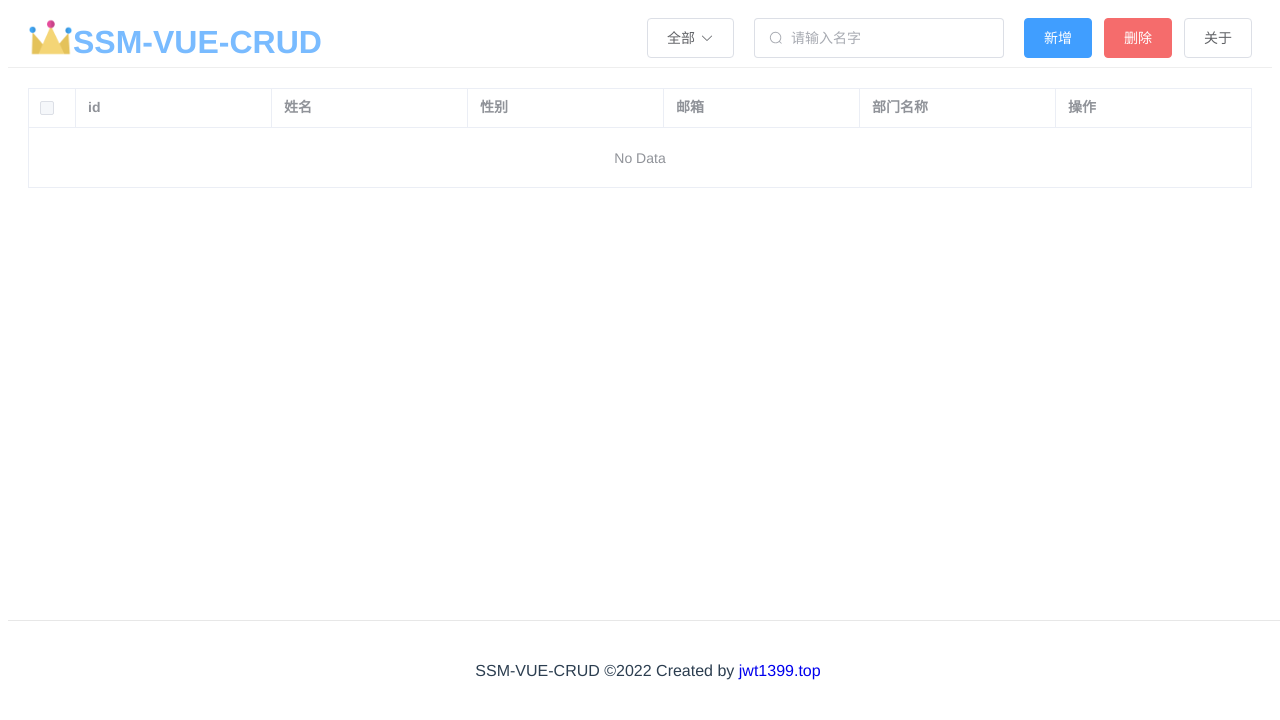
Repository: jwt1399/ssm-vue-crud
Page: / (app in ssm-crud-front/)
An editor plug-in stored every save of this project. The page is shown before and after the next save, followed by the edit.
The browser window is 1280 px wide. The pictures show the whole page.
The project was rebuilt for these pictures with package versions that can differ from the ones it lists, and the page was loaded fresh each time. Also part of the build but not shown: ssm-crud-front/vue.config.js.

Above is the page before, as saved 2022-06-09 12:57:54.

After the next save:
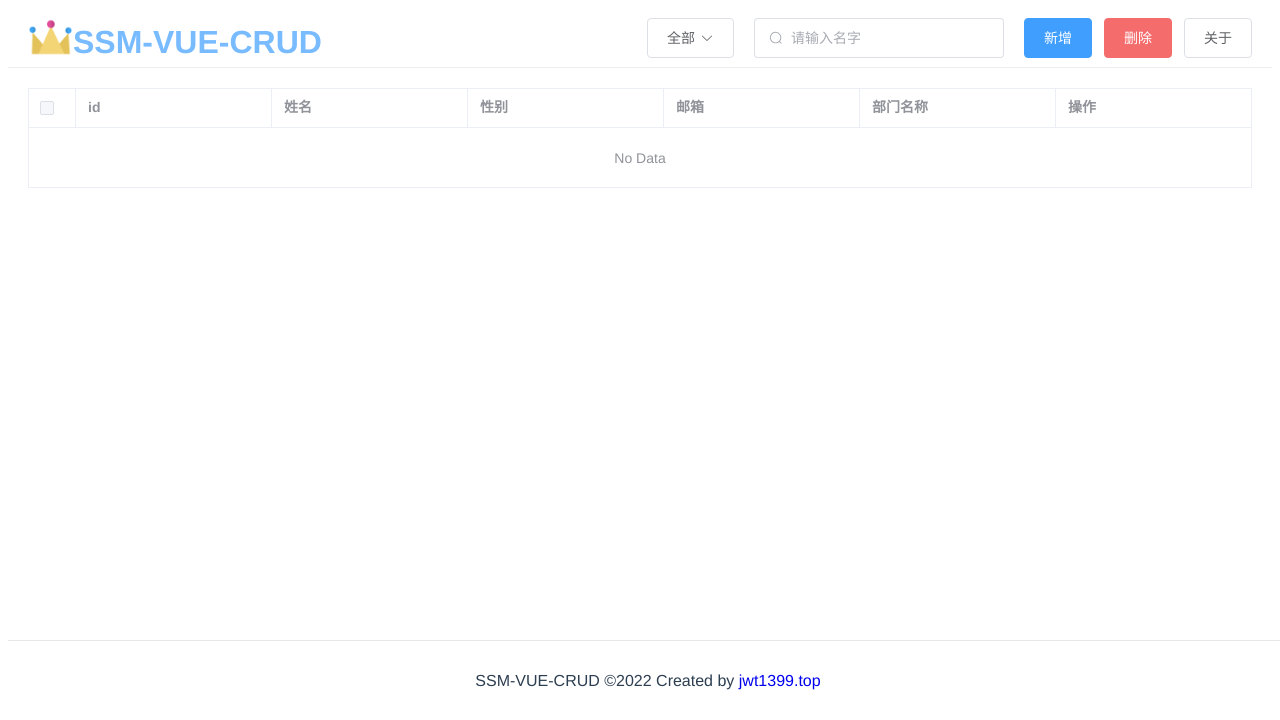
Saved 14 s later.
--- a/ssm-crud-front/src/components/Footer.vue
+++ b/ssm-crud-front/src/components/Footer.vue
@@ -23,10 +23,10 @@ export default{
     text-align: center;
     bottom: 0px;
     width: 100%;
-    height: 100px;
+    height: 80px;
     background-color: #fff;
     border-top:1px solid #E7E7E7;
-    line-height:100px;
+    line-height:80px;
 }
 
 </style>
